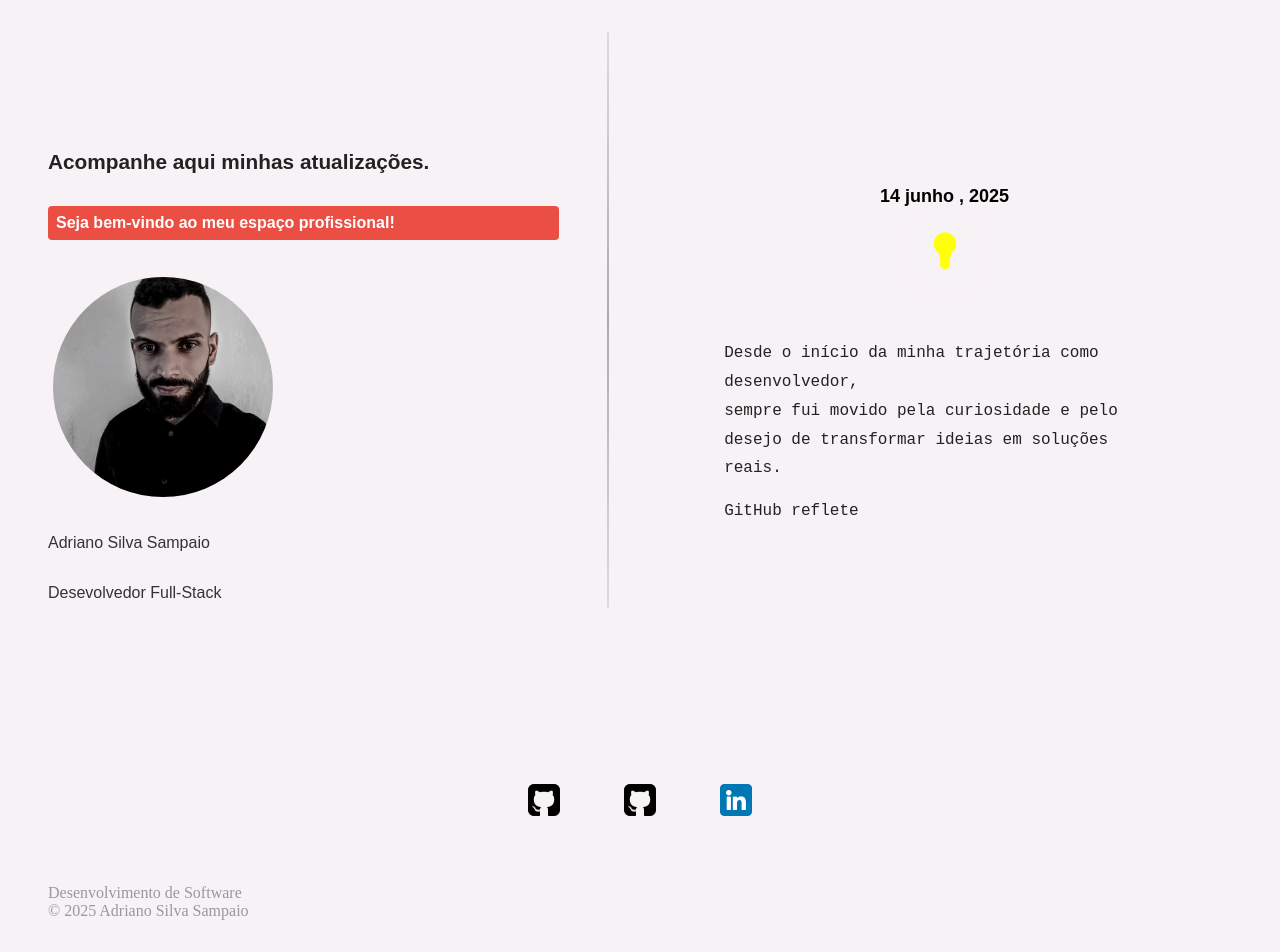
Repository: umdevadriano/portifolio2025
Page: /
An editor plug-in stored every save of this project. The page is shown before and after the next save, followed by the edit.
The browser window is 1280 px wide. The pictures show the whole page.
The project was rebuilt for these pictures with package versions that can differ from the ones it lists, and the page was loaded fresh each time. Also part of the build but not shown: vite.config.ts.

Above is the page before, as saved 2025-06-29 20:53:50.

### index.html
<!doctype html>
<html lang="en">
  <head>
    <meta charset="UTF-8" />
    <!-- <link rel="icon" type="image/svg+xml" href="/vite.svg" /> -->
    <meta name="viewport" content="width=device-width, initial-scale=1.0" />
    <title>Adriano Silva Sampaio </title>
  </head>
  <body>
    <div id="root"></div>
    <script type="module" src="/src/main.tsx"></script>
  </body>
</html>

### src/App.tsx
import './App.css'
import ContainerPrincipal from './componentes/containerPrincipal/ContainerPrincipal'
function App() {
  return (
    <>
      <ContainerPrincipal/>
    </>
  )
}

export default App

### src/componentes/containerPrincipal/ContainerPrincipal.tsx
import styled, { createGlobalStyle } from 'styled-components';
import Body from '../Body/Body';
import Footer from '../Footer/Footer';
import RedesSociais from '../redesSociais/redesSociais';
import github from '../redesSociais/github.png';
import linkedin from '../redesSociais/linkedin.png';
// import ProfessionalStory from '../ProfessionalStory/ProfessionalStory';

const data = new Date();
const ano = data.getFullYear();
function ContainerPrincipal() {

  const redes = [
    { src: github, link: 'https://github.com/adrianodisam' },
    { src: github, link: 'https://github.com/umdevadriano' },
    { src: linkedin, link: 'https://www.linkedin.com/in/adriano-silva-sampaio/' }
  ];
  const GlobalStyle = createGlobalStyle`
    *, *::before, *::after {
    box-sizing: border-box;
    background-color: #f7f2f6;
    margin: 1rem;
  }

    html, body {
      margin: 0;
      padding: 0;
      overflow-x: hidden;
      width: 100%;
    }
  `;

  const Principal = styled.div`
    display: flex;
    justify-content: center;
    width: 100%;
    height: 100vh;
    font-family: 'Arial', sans-serif;
    overflow: hidden;
    margin: 0;
    padding: 0;

    @media (max-width: 768px) {
      display: flex;
      flex-direction: column;
      justify-items: center;
      justify-content: center;
      align-items: center;
    }


  `;
  return (
    <>
      <GlobalStyle />
      <Principal>
        <Body/>
      </Principal>
      <RedesSociais redes={redes}/>
      {/* <ProfessionalStory/> */}
      <Footer>Desenvolvimento de Software<br />© {ano} Adriano Silva Sampaio</Footer>
    </>
  )
}
export default ContainerPrincipal

### src/componentes/Body/Body.tsx
import Principal from '../Principal/Principal';
import Title from '../Title/Title';
import Banner from '../Banner/Banner';
import ProfileWrapper from '../ProfileWrapper/ProfileWrapper';
import Profile from '../Profile/Profile';
import Role from '../Role/Role';
import Divider from '../Divider/Divider';
import RightSide from '../RightSide/RightSide';
import DateComponente from '../DateComponente/DateComponente';
import EmDesenvolvimento from '../EmDesenvolvimentoWrapper/EmDesenvolvimentoWrapper ';
import LampadaAnimada from '../LampadaAnimada/LampadaAnimada';
const data = new Date();
const dia = String(data.getDate()).padStart(2, '0');
const mes = data.toLocaleString('pt-BR', { month: 'long' });
const ano = data.getFullYear();

function Cabecalho() {
  return (
    <>
      <Principal>
        <Title>Acompanhe aqui minhas atualizações.</Title>
        <Banner>Seja bem-vindo ao meu espaço profissional!</Banner>
        <ProfileWrapper>
          <Profile/>
        </ProfileWrapper>
        <Role> Adriano Silva Sampaio</Role>
        <Role> Desevolvedor  Full-Stack </Role>
      </Principal>
      <Divider />
      <RightSide>
        <DateComponente>{dia}  {mes} , {ano} </DateComponente>
        <LampadaAnimada/>
        <EmDesenvolvimento/>
      </RightSide>
    </>
  )
}
export default Cabecalho

### src/componentes/Footer/Footer.tsx
import styled from 'styled-components';

type Props = {
  children: React.ReactNode;
};

function Footer({ children }: Props){

    const FooterP = styled.p`
        font-size: 1rem;
        color: #999;
        /* margin-top: auto; */
    `;
    const FooterDiv = styled.div`
       display: flex;
       justify-content: left;
       align-items: center;
    `;
    return (
        <>
            <FooterDiv>
                <FooterP>{children}</FooterP>
            </FooterDiv>
        </>
    )
}

export default Footer

### src/componentes/redesSociais/redesSociais.tsx
import styled from 'styled-components';

type RedeSocial = {
  src: string;
  link: string;
};

type Props = {
  redes: RedeSocial[];
};

const RedesSociaisDiv = styled.div`
  flex: 1;
  display: flex;
  justify-content: center;
  align-items: center;

  img {
    width: 2rem;
    height: 2rem;
    object-fit: contain;
    transition: transform 0.2s;
  }

  a:hover img {
    transform: scale(1.1);
  }
`;

function RedesSociais({ redes }: Props) {
  return (
    <RedesSociaisDiv>
      {redes.map((rede, index) => (
        <a
          key={index}
          href={rede.link}
          target="_blank"
          rel="noopener noreferrer"
        >
          <img src={rede.src} alt={`Ícone ${index + 1}`} />
        </a>
      ))}
    </RedesSociaisDiv>
  );
}

export default RedesSociais;

### src/componentes/Principal/Principal.tsx
import styled from 'styled-components';

type Props = {
  children: React.ReactNode;
};

function Principal({ children }: Props){

    const Principal_div = styled.div`
        flex: 1;
        display: flex;
        flex-direction: column;
        justify-content: center;
    `;
    return (
        <>
        <Principal_div>  {children}</Principal_div>
        </>
    )
}

export default Principal

### src/componentes/Title/Title.tsx
import styled from 'styled-components';

type Props = {
  children: React.ReactNode;
};

function Title({ children }: Props){

    const TitleH2 = styled.h2`
        font-size: 1.3rem;
        margin-bottom: 1rem;
        color: #222;

        @media (max-width: 768px) {
          margin-top: 5rem;
        }
  `;
    return (
        <>
        <TitleH2>{children}</TitleH2>
        </>
    )
}

export default Title

### src/componentes/Banner/Banner.tsx
import styled from 'styled-components';

type Props = {
  children: React.ReactNode;
};

function Banner({ children }: Props){

    const BannerDiv = styled.div`
        background-color: #eb4f44;
        color: white;
        padding: 0.5rem;
        font-weight: bold;
        font-size: 16px;
        display: inline-block;
        border-radius: 4px;
    `;
    return (
        <>
        <BannerDiv>{children}</BannerDiv>
        </>
    )
}

export default Banner

### src/componentes/ProfileWrapper/ProfileWrapper.tsx
import styled from 'styled-components';

type Props = {
  children: React.ReactNode;
};

function ProfileWrapper({ children }: Props){

  // Wrapper da imagem com efeito de borda girando
  const ProfileWrapperDiv = styled.div`
    position: relative;
    width: 230px;
    height: 230px;
    display: flex;
    align-items: center;
    margin-top:1rem;
    justify-content: center;
  `;

    return (
        <>
        <ProfileWrapperDiv>{children}</ProfileWrapperDiv>
        </>
    )
}

export default ProfileWrapper

### src/componentes/Profile/Profile.tsx
import styled from 'styled-components';
import foto from '../assets/foto2.png'

function Profile(){

    const ProfileImg = styled.img`
        width: 220px;
        height: 220px;
        border-radius: 50%;
        object-fit: cover;
        background-color: white;
        z-index: 1;
        filter: grayscale(60%) contrast(110%);
        @media (max-width: 768px) {
            width: 200px;
            height: 200px;
        }
        @media (max-width: 480px) {
            width: 200px;
            height: 200px;
        }
    `;
    return (
        <>
        <ProfileImg src={foto} alt="Foto de perfil"></ProfileImg>
        </>
    )
}

export default Profile

### src/componentes/Role/Role.tsx
import styled from 'styled-components';

type Props = {
  children: React.ReactNode;
};

function Role({ children }: Props){
    const RoleP = styled.p`
        font-size: 16px;
        font-weight: 500;
        color: #333;
    `;
    return (
        <>
        <RoleP>{children}</RoleP>
        </>
    )
}
export default Role

### src/componentes/Divider/Divider.tsx
import styled from 'styled-components';

function Divider(){

    const DividerDiv = styled.div`
        width: 2px;
        height: 80%;
        background: linear-gradient(
            to bottom,
            rgba(0, 0, 0, 0.1),
            rgba(0, 0, 0, 0.3),
            rgba(0, 0, 0, 0.1)
        );
        border-radius: 1px;
        position: relative;
        overflow: hidden;
        &::after {
            content: "";
            position: absolute;
            top: 0;
            left: 0;
            width: 100%;
            height: 100%;
            background: linear-gradient(
                to bottom,
                transparent 40%,
                rgba(255, 255, 255, 0.7) 50%,
                transparent 60%
            );
                animation: shine 3.8s linear infinite;
                pointer-events: none;
         }

        @keyframes shine {
            0% {
            transform: translateY(-100%);
            }
            100% {
            transform: translateY(100%);
            }
        }
    `;
    return (
        <>
        <DividerDiv></DividerDiv>
        </>
    )
}

export default Divider

### src/componentes/RightSide/RightSide.tsx
import styled from 'styled-components';
type Props = {
  children: React.ReactNode;
};

function RightSide({ children }: Props){
    const RightSideDiv = styled.div`
        flex: 1;
        padding: 2rem;
        display: flex;
        flex-direction: column;
        justify-content: center;
        align-items: center;
    `;

    return (
        <>
        <RightSideDiv>{children}</RightSideDiv>
        </>
    )
}

export default RightSide

### src/componentes/DateComponente/DateComponente.tsx
import styled from 'styled-components';
type Props = {
  children: React.ReactNode;
};
function Date({ children }: Props){
    const DateP = styled.p`
        font-size: 18px;
        font-weight: bold;
        margin-bottom: 12px;
        padding: 0.5rem;
    `;
    return (
        <>
        <DateP>{children}</DateP>
        </>
    )
}
export default Date

### src/componentes/EmDesenvolvimentoWrapper/EmDesenvolvimentoWrapper .tsx
import  { useEffect, useState } from 'react';
import styled from 'styled-components';

const texto = `Desde o início da minha trajetória como desenvolvedor,
sempre fui movido pela curiosidade e pelo desejo de transformar ideias em soluções reais.
Meu GitHub reflete essa caminhada: uma coleção de projetos que resolvem problemas práticos,
otimizam processos e demonstram meu comprometimento com a evolução contínua.`;

const linhas = texto.split('\n').map(l => l.trim());

const Container = styled.div`
  /* background: #f4f4f4; */
  padding: 24px;
  max-width: 90%;
  margin: 40px auto;
  border-radius: 12px;
  font-family: 'Courier New', Courier, monospace;
  font-size: 1rem;
  color: #222;
  line-height: 1.8;
`;

const Linha = styled.p`
  margin: 0;
`;

const Cursor = styled.span`
  display: inline-block;
  width: 1ch;
  border-right: 2px solid #333;
  animation: blink 0.8s steps(1) infinite;

  @keyframes blink {
    50% {
      border-color: transparent;
    }
  }
`;

export default function EmDesenvolvimento() {
  const [linhasDigitadas, setLinhasDigitadas] = useState<string[]>([]);
  const [linhaAtual, setLinhaAtual] = useState(0);
  const [palavrasDigitadas, setPalavrasDigitadas] = useState<string[]>([]);

  useEffect(() => {
    if (linhaAtual >= linhas.length) return;

    const palavras = linhas[linhaAtual].split(' ');
    let index = 0;

    const intervalo = setInterval(() => {
      setPalavrasDigitadas((prev) => [...prev, palavras[index]]);
      index++;

      if (index >= palavras.length) {
        clearInterval(intervalo);
        setTimeout(() => {
          setLinhasDigitadas((prev) => [...prev, palavras.join(' ')]);
          setPalavrasDigitadas([]);
          setLinhaAtual((prev) => prev + 1);
        }, 600); // pausa entre as linhas
      }
    }, 180); // tempo entre cada palavra

    return () => clearInterval(intervalo);
  }, [linhaAtual]);

  return (
    <Container>
      {linhasDigitadas.map((linha, i) => (
        <Linha key={i}>{linha}</Linha>
      ))}

      {linhaAtual < linhas.length && (
        <Linha>
          {palavrasDigitadas.join(' ')} <Cursor />
        </Linha>
      )}
    </Container>
  );
}

### src/componentes/LampadaAnimada/LampadaAnimada.tsx
import React from "react";
import styled, { keyframes } from "styled-components";

interface LuzProps {
  className?: string;
}

const glowAnimation = keyframes`
  0%, 100% {
    filter: url(#glow);
    opacity: 0.5;
  }
  50% {
    filter: url(#glow);
    opacity: 1;
  }
`;

const SvgLamp = styled.svg`
  width: 3rem;
  height: 3rem;
  cursor: pointer;
  display: block;
  margin: 0 auto;
  animation: ${glowAnimation} 4s ease-in-out infinite;
  background-color: #f7f2f6;

  .st0 {
   fill:#ffff00;
     stroke-width: 10;
  }
  .st1 {
     stroke: #ffff00;
    stroke-width: 10;
    fill: none;
    transition: stroke 0.3s ease;
  }
`;

const LampadaAnimada: React.FC<LuzProps> = ({ className }) => {
  return (
    <SvgLamp
      xmlns="http://www.w3.org/2000/svg"
      viewBox="0 0 1920 1920"
      className={className}
    >
      <defs>
        <filter id="glow" height="200%" width="200%" x="-50%" y="-50%">
          <feDropShadow
            dx="0"
            dy="0"
            stdDeviation="20"
            floodColor="#f7f2f6"
            floodOpacity="0.7"
          />
        </filter>
      </defs>

      <path
        className="st0"
        d="M1407.3 664.2c0 73.7-17.8 143.3-49.4 204.6-31.6 61.3-76.9 114.4-131.9 155.1 0 0-78 193.7-78 344.1H772.1c0-75.2-19.5-161.2-39-228.4-19.5-67.2-39-115.6-39-115.6-110-81.5-181.4-212.3-181.4-359.7C512.7 417.3 713 217 960 217s447.3 200.2 447.3 447.2z"
      />
      <path
        className="st0"
        d="M1057.3 1615.8v23.7c0 35-28.6 63.6-63.6 63.6h-67.5c-35 0-63.6-28.6-63.6-63.6v-23.7h194.7zm-285.2-82.6v82.6h375.4v-82.6H772.1zm0-82.6v82.6h375.3v-82.6H772.1zM960 1368H772.1v82.6h375.3V1368H960z"
      />
      <g>
        <g>
          <path
            className="st1"
            d="M1147.5 1368h.4c0-150.3 78-344.1 78-344.1 55-40.7 100.4-93.8 131.9-155.1 31.6-61.3 49.4-130.9 49.4-204.6 0-247-200.3-447.3-447.3-447.3S512.7 417.2 512.7 664.2c0 147.4 71.3 278.2 181.4 359.7 0 0 19.5 48.4 39 115.6 19.5 67.2 39 153.2 39 228.4h375.4z"
          />
          <path className="st1" d="M772.1 1368v247.8h375.4V1368" />
          <path className="st1" d="M772.1 1450.6h375.4" />
          <path className="st1" d="M772.1 1533.2h375.4" />
          <path
            className="st1"
            d="M862.7 1615.8v23.7c0 35 28.6 63.6 63.6 63.6h67.5c35 0 63.6-28.6 63.6-63.6v-23.7"
          />
          <path className="st1" d="M267.3 722.8h96" />
          <path className="st1" d="M498.3 1052.8l-160.5 160.5" />
          <path className="st1" d="M448.8 341.8L315.3 208.2" />
          <path className="st1" d="M1652.7 722.8h-96" />
          <path className="st1" d="M1421.7 1052.8l160.5 160.5" />
          <path className="st1" d="M1471.2 341.8l133.5-133.6" />
        </g>
      </g>
    </SvgLamp>
  );
};

export default LampadaAnimada;

Loaded but not shown: src/main.tsx (common file); src/App.css (no stored copy; drawn as an empty file); src/index.css (no stored copy; drawn as an empty file)

After the next save:
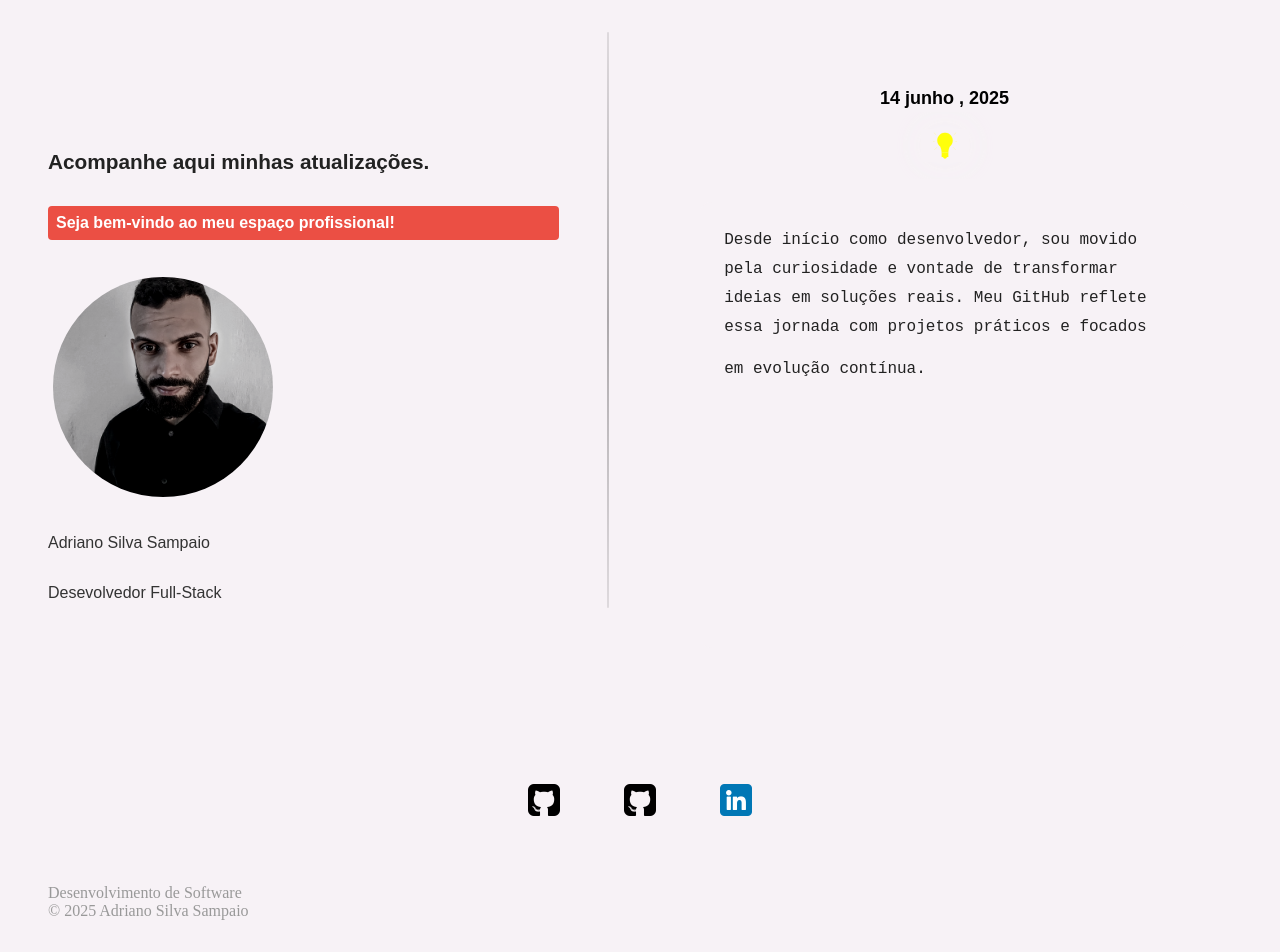
Saved 10 s later.
--- a/src/componentes/EmDesenvolvimentoWrapper/EmDesenvolvimentoWrapper .tsx
+++ b/src/componentes/EmDesenvolvimentoWrapper/EmDesenvolvimentoWrapper .tsx
@@ -1,10 +1,8 @@
 import  { useEffect, useState } from 'react';
 import styled from 'styled-components';
 
-const texto = `Desde o início da minha trajetória como desenvolvedor,
-sempre fui movido pela curiosidade e pelo desejo de transformar ideias em soluções reais.
-Meu GitHub reflete essa caminhada: uma coleção de projetos que resolvem problemas práticos,
-otimizam processos e demonstram meu comprometimento com a evolução contínua.`;
+const texto = `Desde o início como desenvolvedor, sou movido pela curiosidade e vontade de transformar ideias em soluções reais. Meu GitHub reflete essa jornada com projetos práticos e focados em evolução contínua.
+`;
 
 const linhas = texto.split('\n').map(l => l.trim());
 
@@ -12,6 +10,7 @@ const Container = styled.div`
   /* background: #f4f4f4; */
   padding: 24px;
   max-width: 90%;
+  height: 100%;
   margin: 40px auto;
   border-radius: 12px;
   font-family: 'Courier New', Courier, monospace;
